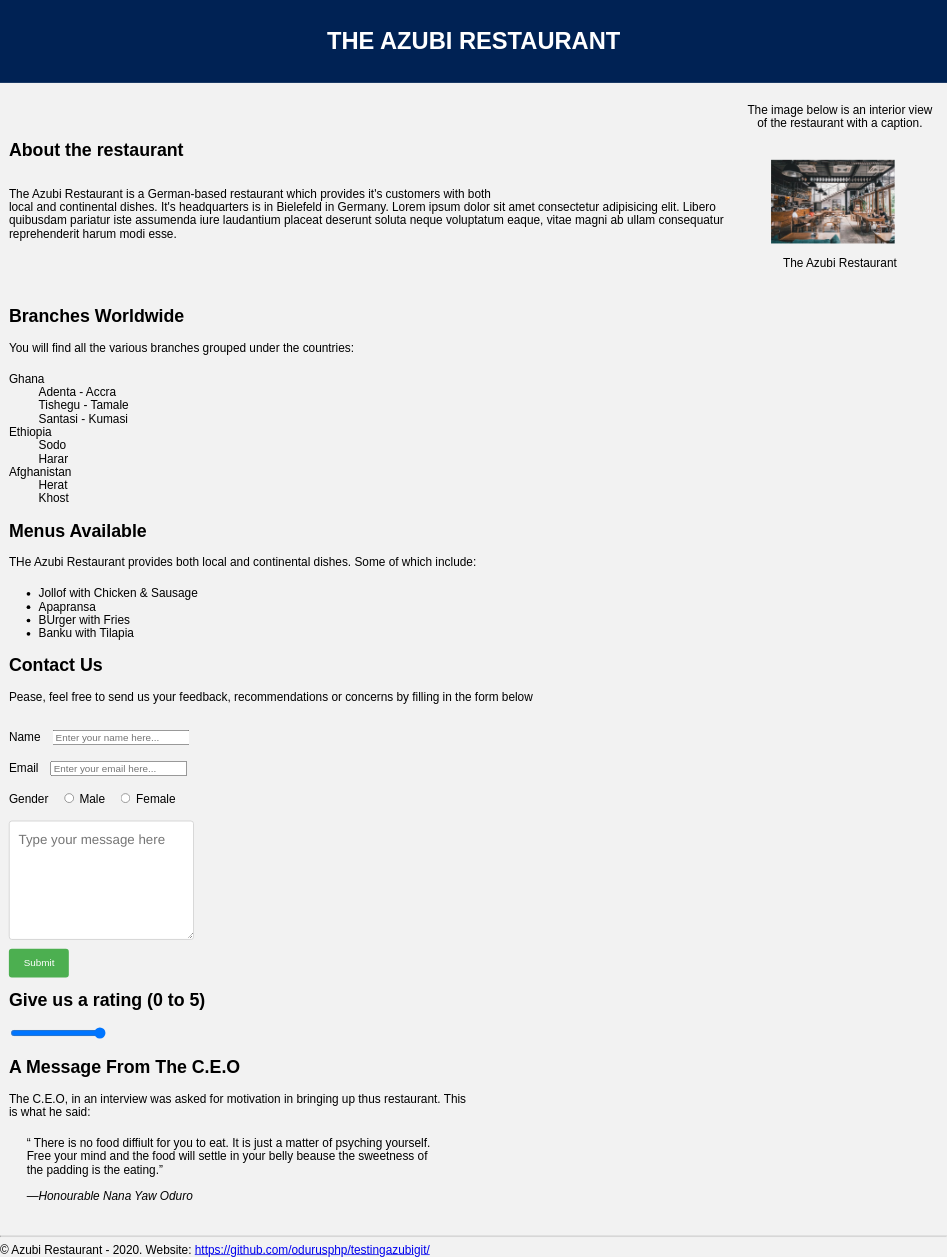
Repository: odurusphp/testingazubigit
Page: Fortune/FortunatusWulnye.html
These files come from the project's save history. The page is drawn as it stood at one moment and after the next save; the edit follows.
The browser window is 1280 px wide. The pictures show the whole page, at 74% of full size.

Above is the page before, as saved 2020-08-03 05:14:16.

### Fortune/FortunatusWulnye.html
<!--COMMENTS THAT ARE MINE ARE WRITTEN IN CAPITAL LETTERS-->
<!--THE GENERAL STRUCTURE OF THE PAGE IS GOOD WITH THE INDENTATION TOO-->
<!--THE CLASSES THAT YOU IMPLEMENTED TOO ARE GREAT KEEP IT UP-->
<!DOCTYPE html>
<html lang="en">

<head>

    <meta charset="UTF-8" />
    <meta name="viewport" content="width=device-width, initial-scale=1.0" />
    <title>The Azubi Restaurant</title>
    <meta name="descrition" content="A website for Azubi restaurant">
    <meta name="author" content="Fortunatus Aabangbio Wulnye">
    <link rel="stylesheet" href="css/style.css">

</head>

<body>

    <header class="main-header">
        <div class="brand">
            <h1 class="site-title"><a href="#">THE AZUBI RESTAURANT</a></h1>
        </div>
    </header>

    <main class="main-container">
        <section class="about-main">

            <aside class="about-text">
                <div class="about-header">
                    <h2>About the restaurant</h2>
                </div>
                <p>
                    The Azubi Restaurant is a German-based restaurant which provides
                    it's customers with both <br />
                    local and continental dishes. It's headquarters is in Bielefeld in
                    Germany. Lorem ipsum dolor sit amet consectetur adipisicing elit. Libero quibusdam pariatur iste
                    assumenda iure laudantium placeat deserunt soluta neque voluptatum eaque, vitae magni ab ullam
                    consequatur reprehenderit harum modi esse.
                </p>
            </aside>

            <div class="about-fig">
                <p>The image below is an interior view of the restaurant with a caption.</p>
                <figure>
                    <img src="images/FortununatusWulnyeRestaurant.jpg" alt="Azubi Restaurant" /> <br>
                    <figcaption>The Azubi Restaurant</figcaption>
                </figure>
            </div>

        </section>

        <section class="main-branches">
            <div class="branches-header">
                <h2>Branches Worldwide</h2>
            </div>

            <div class="branches">
                <p>You will find all the various branches grouped under the countries:</p>
                <dl>
                    <dt class="country">Ghana</dt>
                    <div class="location">
                        <dd>Adenta - Accra</dd>
                        <dd>Tishegu - Tamale</dd>
                        <dd>Santasi - Kumasi</dd>
                    </div>

                    <dt class="country">Ethiopia</dt>
                    <div class="location">
                        <dd>Sodo</dd>
                        <dd>Harar</dd>
                    </div>

                    <dt class="country">Afghanistan</dt>
                    <div class="location">
                        <dd>Herat</dd>
                        <dd>Khost</dd>
                    </div>
                </dl>
            </div>

        </section>

        <section class="menus">
            <h2>Menus Available</h2>
            <p>THe Azubi Restaurant provides both local and continental dishes. Some of which include:</p>
            <ul>
                <li>Jollof with Chicken & Sausage</li>
                <li>Apapransa</li>
                <li>BUrger with Fries</li>
                <li>Banku with Tilapia</li>
            </ul>
        </section>

        <div class="Contact">
            <h2>Contact Us</h2>
            <p>Pease, feel free to send us your feedback, recommendations or concerns by filling in the form below</p>
            <form action="" method="POST">
                <label for="fname">Name</label>
                <input type="text" name="fname" placeholder="Enter your name here..." required> <br>

                <label for="email">Email</label>
                <input type="text" name="email" placeholder="Enter your email here..." required> <br>

                <label for="gender">Gender</label>
                <input type="radio" id="male" value="male">
                <label for="gender">Male</label>
                <input type="radio" id="female" value="female">
                <label for="gender">Female</label> <br>

                <textarea name="message" id="" cols="20" rows="5" placeholder="Type your message here"></textarea>
                <br />

                <input type="submit" value="Submit" />
            </form>
            <br>

        </div>
        <br>

        <div class="rating">
            <h2>Give us a rating (0 to 5)</h2>
            <div class="slider">
                <input type="range" min="0" max="5" value="50">
            </div>
        </div>

        <div class="ceomessage">
            <h2>A Message From The C.E.O</h2>
            <P>The C.E.O, in an interview was asked for motivation in bringing up thus restaurant. This<br> is what he
                said:
            <blockquote> <q> There is no food diffiult for you to eat. It is just a matter of psyching yourself.<br>
                    Free your mind and the food
                    will settle in your belly beause the sweetness of <br> the padding is the eating.</q><br> <br>
                &mdash;<cite>Honourable Nana Yaw Oduro</cite>
            </blockquote>
            </P>
        </div>

    </main>
    <hr />

    <footer>
        &copy; Azubi Restaurant - 2020. Website: <a
            href="https://github.com/odurusphp/testingazubigit/">https://github.com/odurusphp/testingazubigit/</a>
    </footer>

</body>

</html>

### Fortune/css/style.css
html {
  font-family: sans-serif;
  -webkit-text-size-adjust: 100%;
  -ms-text-size-adjust: 100%;
  justify-content: center;
  align-items: middle;
}
body {
  margin: 0;
  background-color: hsl(0, 0%, 95%);
}

/*--------------------------------------------------------------
Header styles
--------------------------------------------------------------*/

.main-header {
  padding: 1em 0;
  background-color: #002254;
}

.brand {
  /* padding: 70px 0; */
  text-align: center;
  border: "0.5rem solid pink";
}
.site-title a {
  text-decoration: none;
  color: #fff;
}

.about-main {
  display: flex;
}

.about-text {
  display: flex;
  flex-direction: column;
  justify-content: center;
}

.about-fig {
  display: flex;
  flex-direction: column;
  justify-content: center;
  text-align: center;
}

.main-container {
  border-radius: 2px;
  padding: 12px;
}

aside,
figcaption,
figure,
footer,
header,
main,
nav,
section {
  display: block;
}

a:active,
a:hover {
  outline: 0;
}

b,
strong {
  font-weight: bold;
}

p {
  margin-bottom: 1.5em;
}

h1 {
  font-size: 2em;
  margin: 0.67em 0;
}

img {
  display: block;
  border: 0;
  width: 90%;
  height: 70%;
}

label {
  padding: 12px 12px 12px 0;
  display: inline-block;
}

input [type="text"],
select,
textarea {
  color: inherit;
  font: inherit;
  margin: 0;
  padding: 12px;
  border: 1px solid #ccc;
  border-radius: 4px;
  resize: vertical;
  margin: 8px 0;
  font-family: "Source Sans Pro", "Helvetica", Arial, sans-serif;
  font-size: 18px;
  line-height: 1.5;
}

input[type="submit"] {
  background-color: #4caf50;
  color: white;
  padding: 12px 20px;
  border: none;
  border-radius: 4px;
  cursor: pointer;
  float: left;
}

select {
  text-transform: none;
}

textarea {
  overflow: auto;
}

input::-moz-focus-inner {
  border: 0;
  padding: 0;
}

input {
  line-height: normal;
}

input[type="radio"] {
  box-sizing: border-box;
  padding: 0;
}

blockquote {
  margin: 0 1.5em;
}

After the next save:
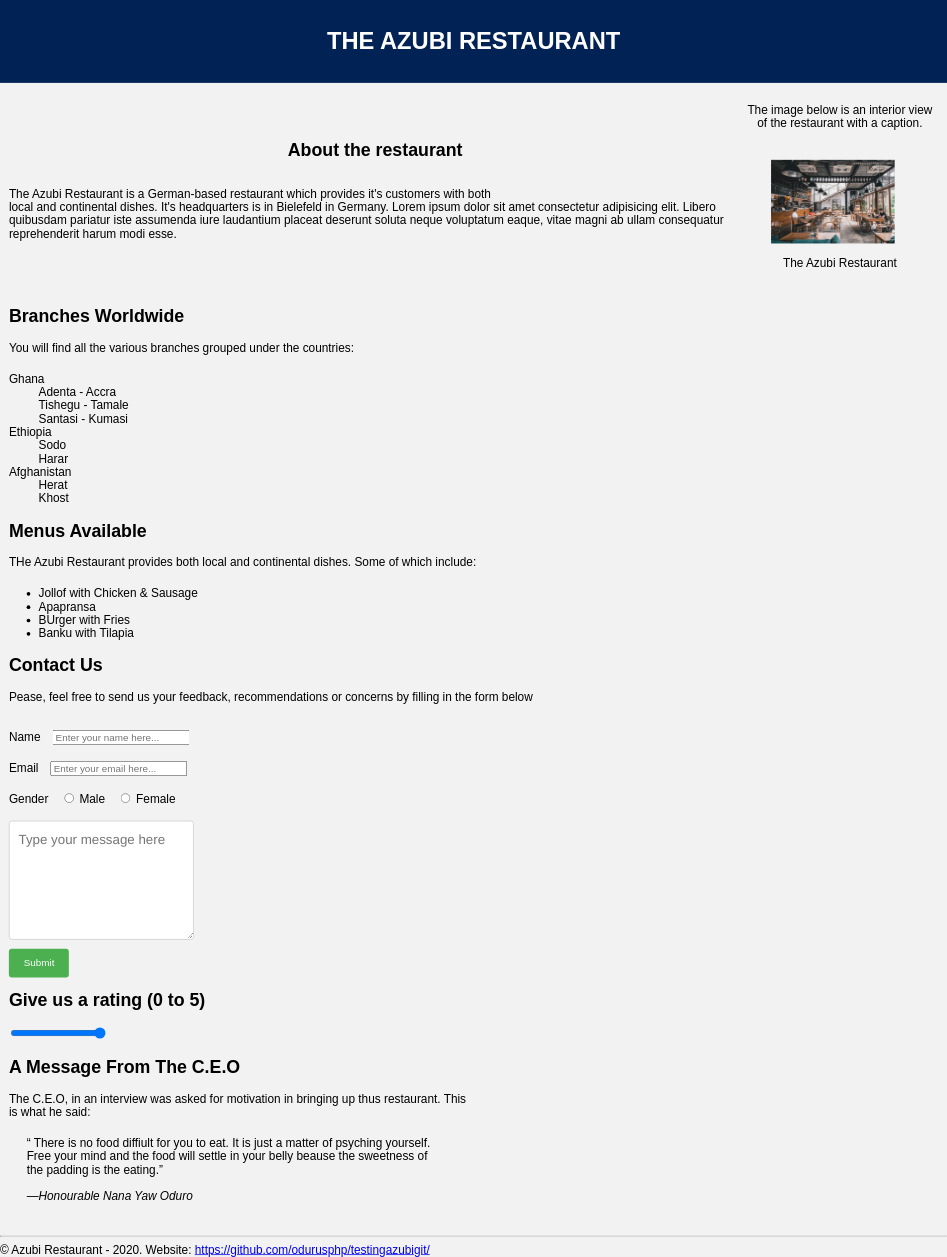
Saved 39 s later.
--- a/Fortune/css/style.css
+++ b/Fortune/css/style.css
@@ -31,6 +31,10 @@ Header styles
 
 .about-main {
   display: flex;
+}
+
+.about-header {
+  text-align: center;
 }
 
 .about-text {
